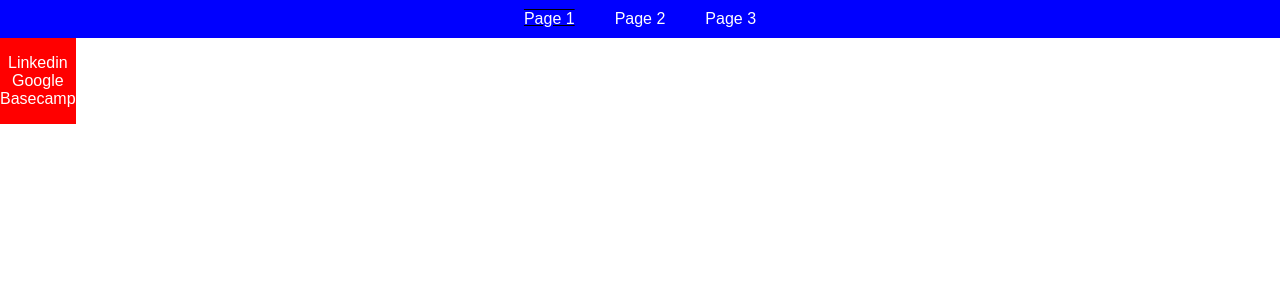
Repository: rishondass/ITMD361-Lab6
Page: index.html
The author's editor kept a copy of each file at every save. The page is drawn from the files as they stood at one save, then again after the next save.
The browser window is 1280 px wide. The pictures show the whole page.

Above is the page before, as saved 2023-03-07 20:31:20.

After the next save:
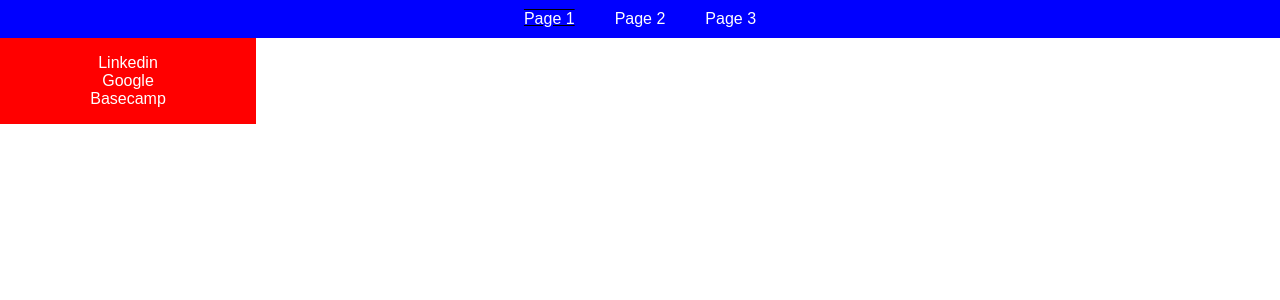
Saved 9 s later.
--- a/css/style.css
+++ b/css/style.css
@@ -1,6 +1,7 @@
 #sidebar{
     background-color: red;
     position: fixed;
+    width: 20%;
 }
 
 #sidebar ul{
